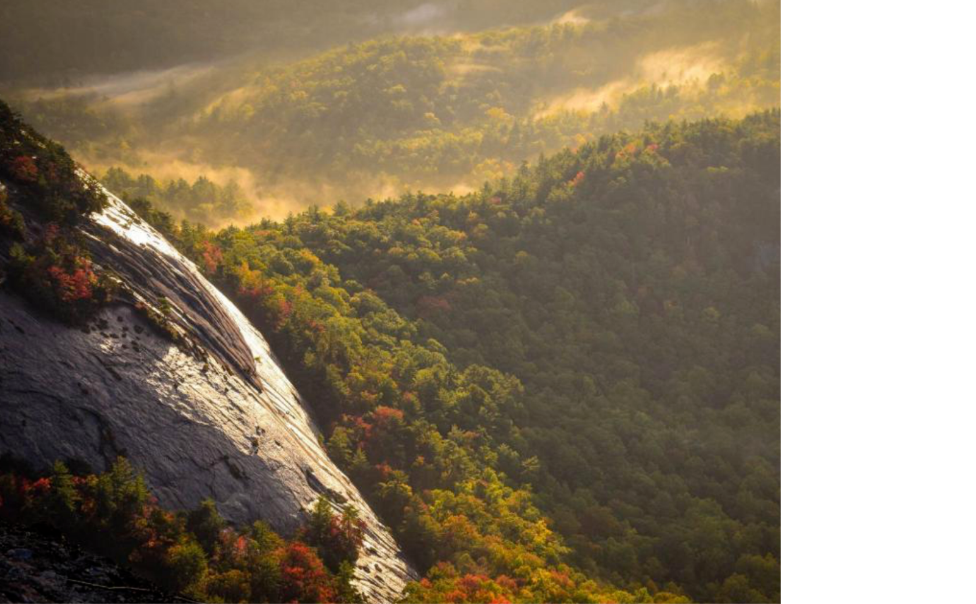
Repository: sogeisetsu/suy-ife
Page: 009-011/index.html
These files come from the project's save history. The page is drawn as it stood at one moment and after the next save; the edit follows.
The browser window is 1280 px wide. The page is 1280 px wide, then 1600 px, so the pictures cover 1600 px, including what lies to the right of the window. The pictures show the whole page, at 61% of full size.

Above is the page before, as saved 2019-10-10 18:51:06.

### 009-011/index.html
<!DOCTYPE html>
<html>
    <head>
        <meta name="charset" content="utf-8">
        <meta http-equiv="refresh" content="30">
        <link rel="stylesheet" href="index.css" type="text/css">
    </head>
    <body>
        <div id=head>
            <div class=headback>
                <img src="sucai/head-back.png" alt="头部背景" class="head-image">
                <div class="headbackcolor"></div>
            </div>
        </div>
    </body>
</html>

### 009-011/index.css
html,body{
    margin: 0;
    height: 100%;
    width: 100%;
}
#head{
    width: 100%;
    height: 990px;
}
.headback{
    position: relative;
    overflow: hidden;
    z-index: -1;
    width: 100%;
    height: 100%;
}
.headbackcolor{
    position: relative;
    width: 100%;
    height: 100%;
    background-color: #616161;
}
/* .head-image{
    width: 100%;
    height: 100%;
} */
/* #headbackimage{
    width: 100%;
    height: 100%;
} */

After the next save:
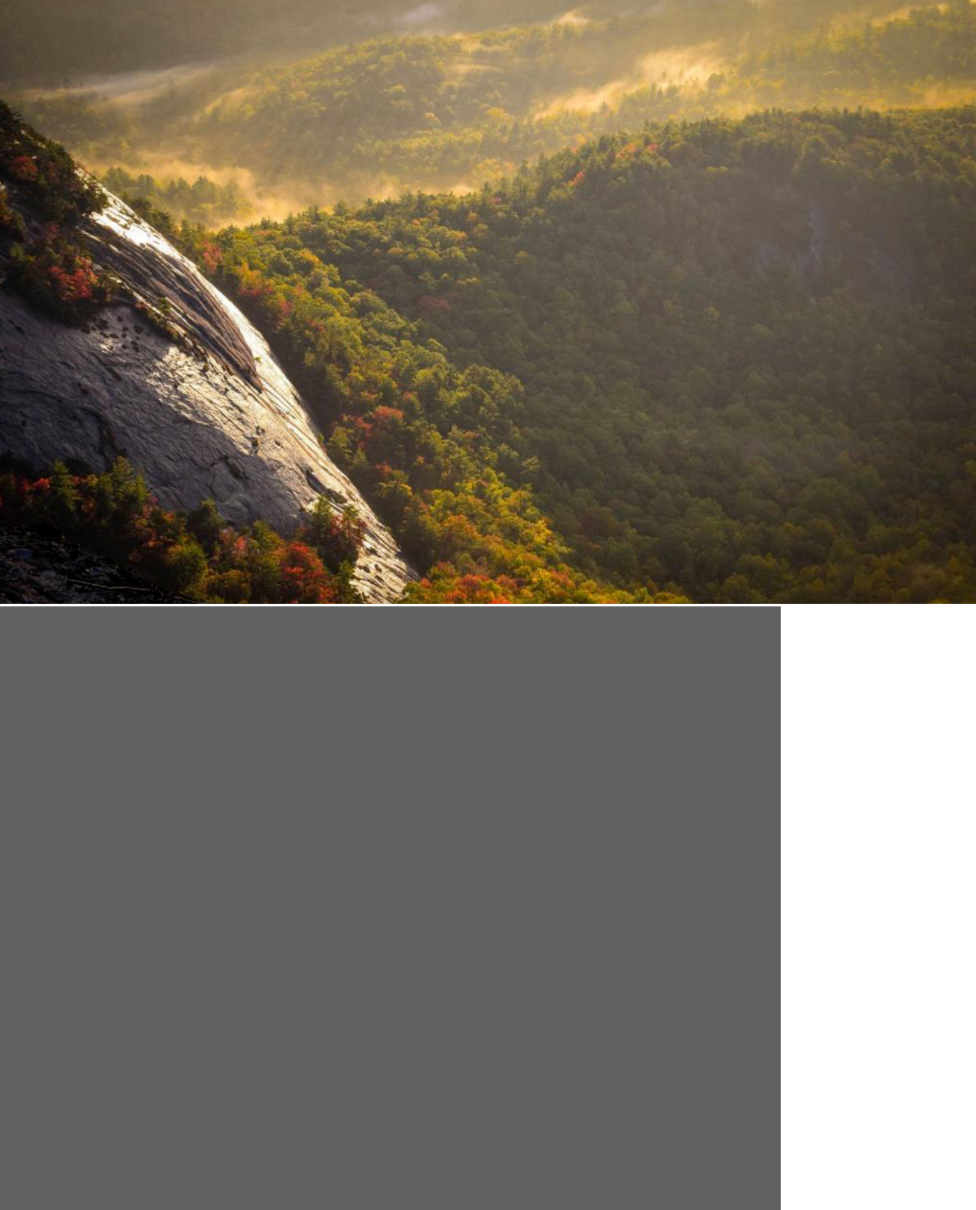
Saved 5 min 7 s later.
--- a/009-011/index.css
+++ b/009-011/index.css
@@ -8,9 +8,6 @@ html,body{
     height: 990px;
 }
 .headback{
-    position: relative;
-    overflow: hidden;
-    z-index: -1;
     width: 100%;
     height: 100%;
 }
